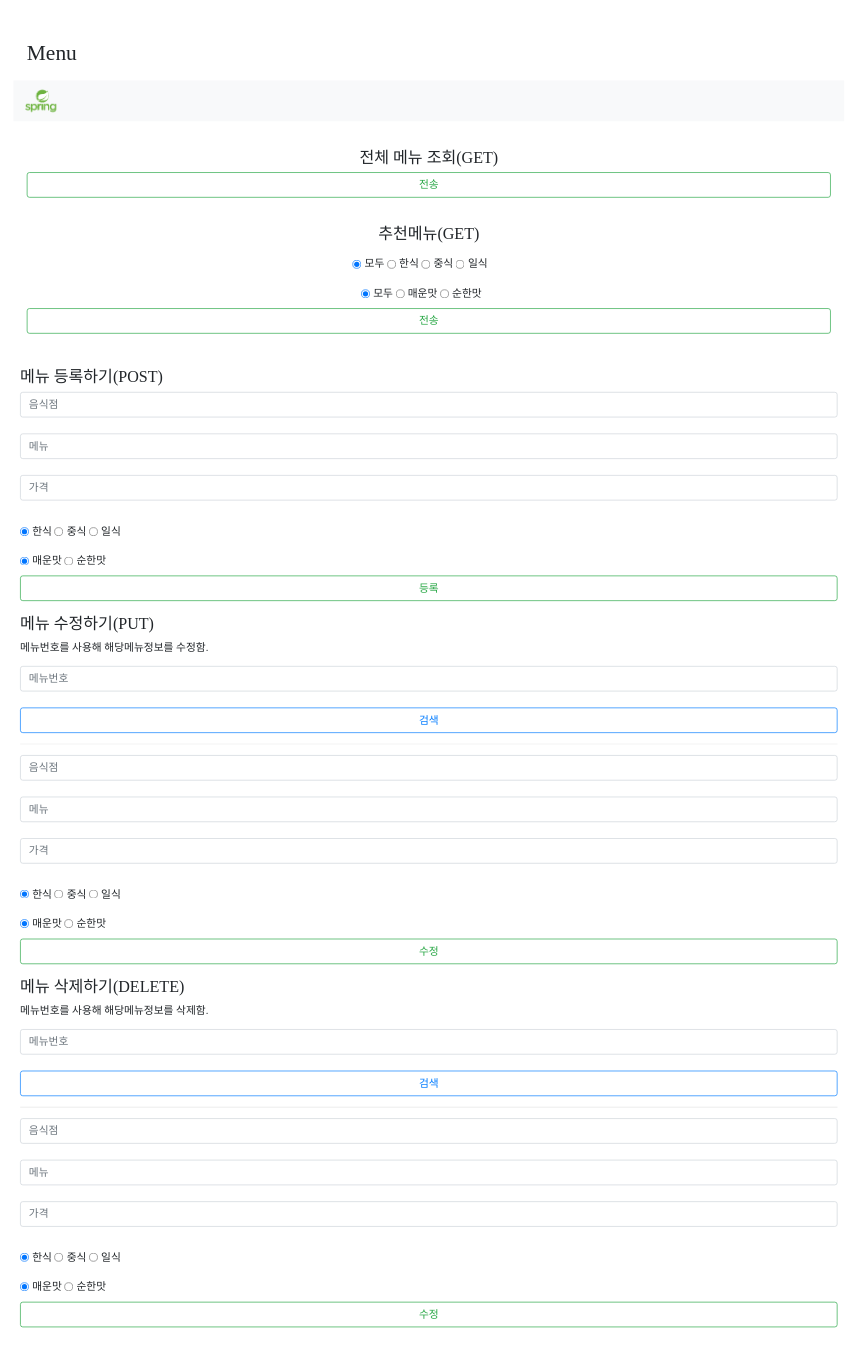
Repository: Push-Pull-House/DOT
Page: http://localhost/DOT/
The author's editor kept a copy of each file at every save. The page is drawn from the files as they stood at one save, then again after the next save.
The browser window is 1280 px wide. The pictures show the whole page, at 67% of full size.
The page is served by Tomcat 9.

Above is the page before, as saved 2023-08-18 05:26:09.

After the next save:
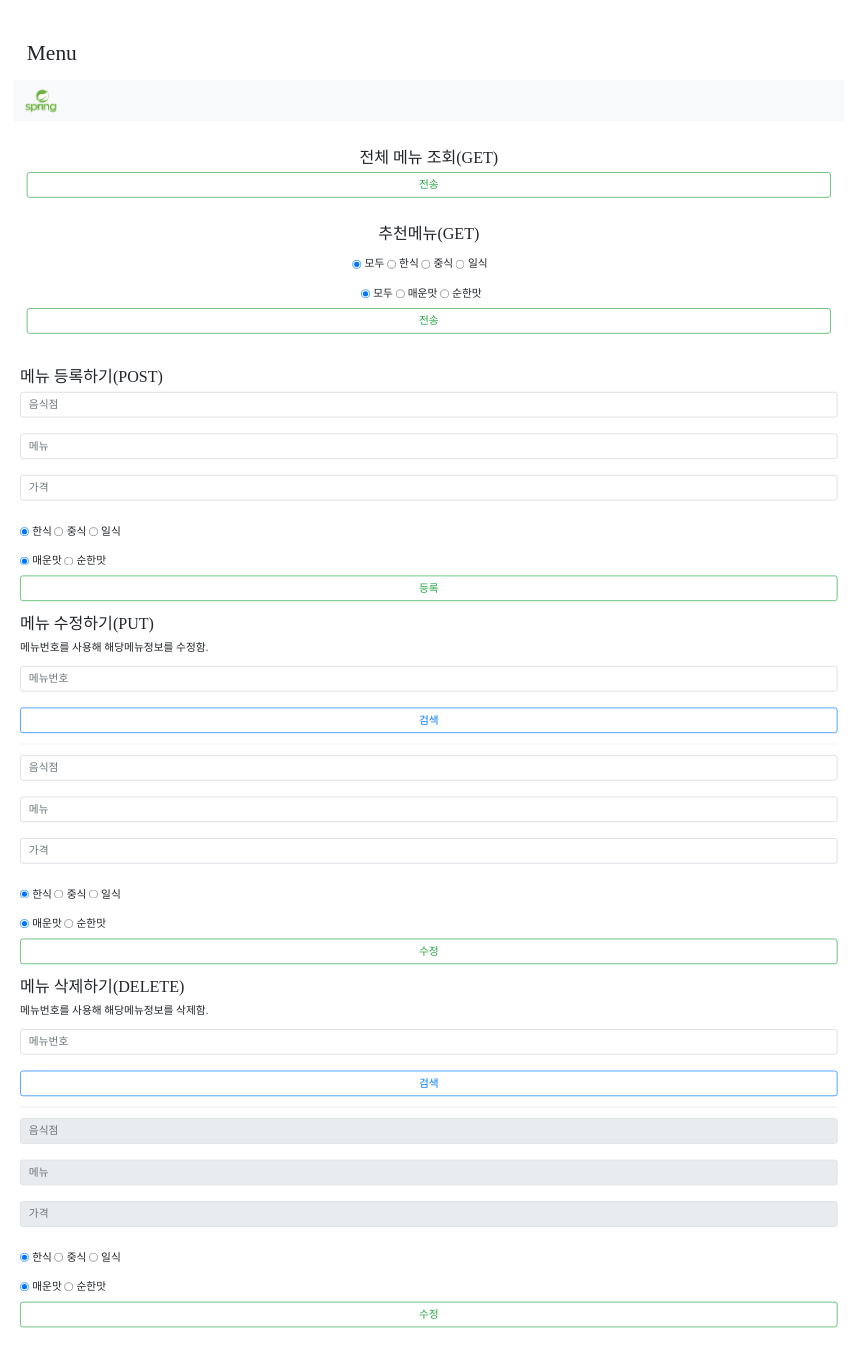
Saved 44 s later.
--- a/DOT/src/main/webapp/index.jsp
+++ b/DOT/src/main/webapp/index.jsp
@@ -304,13 +304,13 @@
             <hr />
             <form id="menuDeleteFrm">
                <input type="hidden" name="id" />
-               <input type="text" name="restaurant" placeholder="음식점" class="form-control" />
-               <br />
-               <input type="text" name="name" placeholder="메뉴" class="form-control" />
-               <br />
-               <input type="number" name="price" placeholder="가격" step="1000" class="form-control" />
-               <br />
-               <div class="form-check form-check-inline">
+               <input type="text" name="restaurant" placeholder="음식점" class="form-control" readonly/>
+               <br />
+               <input type="text" name="name" placeholder="메뉴" class="form-control" readonly/>
+               <br />
+               <input type="number" name="price" placeholder="가격" step="1000" class="form-control" readonly/>
+               <br />
+               <div class="form-check form-check-inline" readonly>
                   <input type="radio" class="form-check-input" name="type" id="put-kr" value="kr" checked>
                   <label for="put-kr" class="form-check-label">한식</label>&nbsp;
                   <input type="radio" class="form-check-input" name="type" id="put-ch" value="ch">
